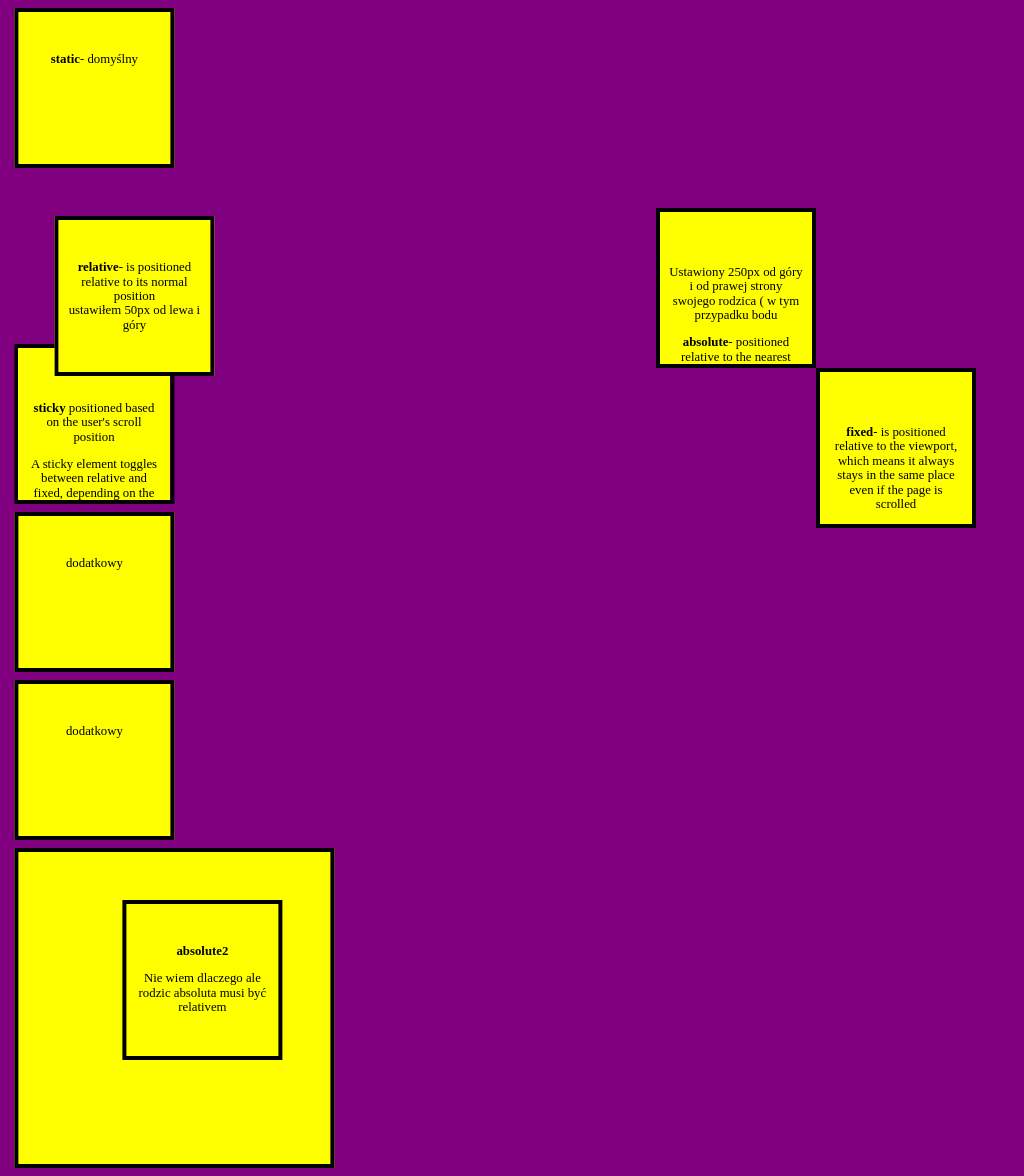
Repository: quenrythane/homepage
Page: CSS positions/CSS-positions.html
The author's editor kept a copy of each file at every save. The page is drawn from the files as they stood at one save, then again after the next save.
The browser window is 1280 px wide. The pictures show the whole page, at 80% of full size.

Above is the page before, as saved 2020-10-11 04:13:09.

### CSS positions/CSS-positions.html
<!DOCTYPE html>
<html lang="en">
<head>
    <meta charset="UTF-8">
    <meta name="viewport" content="width=device-width, initial-scale=1.0">
    <title>CSS-positions</title>
    <link href="CSS-positions.css " rel="stylesheet" type="text/css">
</head>
<body >
    <div class="box static"><b>static</b>- domyślny</div>
    <div class="box relative"><b>relative</b>- is positioned relative to its normal position<br>
    ustawiłem 50px od lewa i góry</div>
    <div class="box fixed">
        <p><b>fixed</b>- is positioned relative to the viewport, which means it always stays in the same place even if the page is scrolled</p>
        <p>A fixed element does not leave a gap in the page where it would normally have been located</p>
        <p> Czyli ogólnie strona załaduje go w to miejsce jakby strona normalnie się ładowała i na koniec tak jakby przy klei go w to miejsce na ekranie, przez co nawet jak będziemy przewijać stronę to zostanie w tym samym miejscu ekranu (nie zmieni miejsca ani w wysokości ani w szerokośći)</p>
        <p> Chyba, że nadamy mu miejsce w którym ma się znaleźć, wtedy tak jakby nie jest brany pod uwagę w wstępnym layoucie strony, tylko dodawany na sam koniec (ja go ustawię w miejsce w prawym rogu po 50px od krawędzi)</p>
    </div>
    <div class="box absolute">
        <p>Ustawiony 250px od góry i od prawej strony swojego rodzica ( w tym przypadku bodu</p>
        <p><b>absolute</b>- positioned relative to the nearest positioned ancestor (instead of positioned relative to the viewport, like fixed).</p>

       <p> However; if an absolute positioned element has no positioned ancestors, it uses the document body, and moves along with page scrolling.</p>
       <p><b>Nie wiem czemu ale rodzic absoluta musi być relativem bo inaczej działa źle?</b></p>
        </div>
    <div class="box sticky">
        <p><b>sticky</b> positioned based on the user's scroll position</p>
        <p>A sticky element toggles between relative and fixed, depending on the scroll position. It is positioned relative until a given offset position is met in the viewport - then it "sticks" in place (like position:fixed</p>
        <p></p>

    </div>

    <div class="box">dodatkowy</div>
    <div class="box">dodatkowy</div>
    <div class="box box2">
        <div class="box absolute2">
            <b>absolute2</b>
            <p>Nie wiem dlaczego ale rodzic absoluta musi być relativem</p>
        </div>
    </div>

</body>
</html>

### CSS positions/CSS-positions.css
body {
    background: purple;
}

.box{
    box-sizing: border-box;
    background: yellow;
    width: 200px;
    height: 200px ;
    margin: 10px;
    text-align: center;
    padding: 10px ;
    padding-top: 50px;
    border: solid black 5px;
    overflow: scroll;
}

.box2 {
    position: relative;
    width: 400px;
    height: 400px;
}

.static{
    position: static;
}

.relative{
    position: relative;
    left: 50px;
    top: 50px;
}

.fixed{
    position: fixed;
    right: 50px;
    bottom: 50px;
}

.absolute{
    position: absolute;
    right: 250px;
    top: 250px;
}

.absolute2 {
    position: absolute;
    top: 50px;
    right: 50px;
}

.sticky{

}

After the next save:
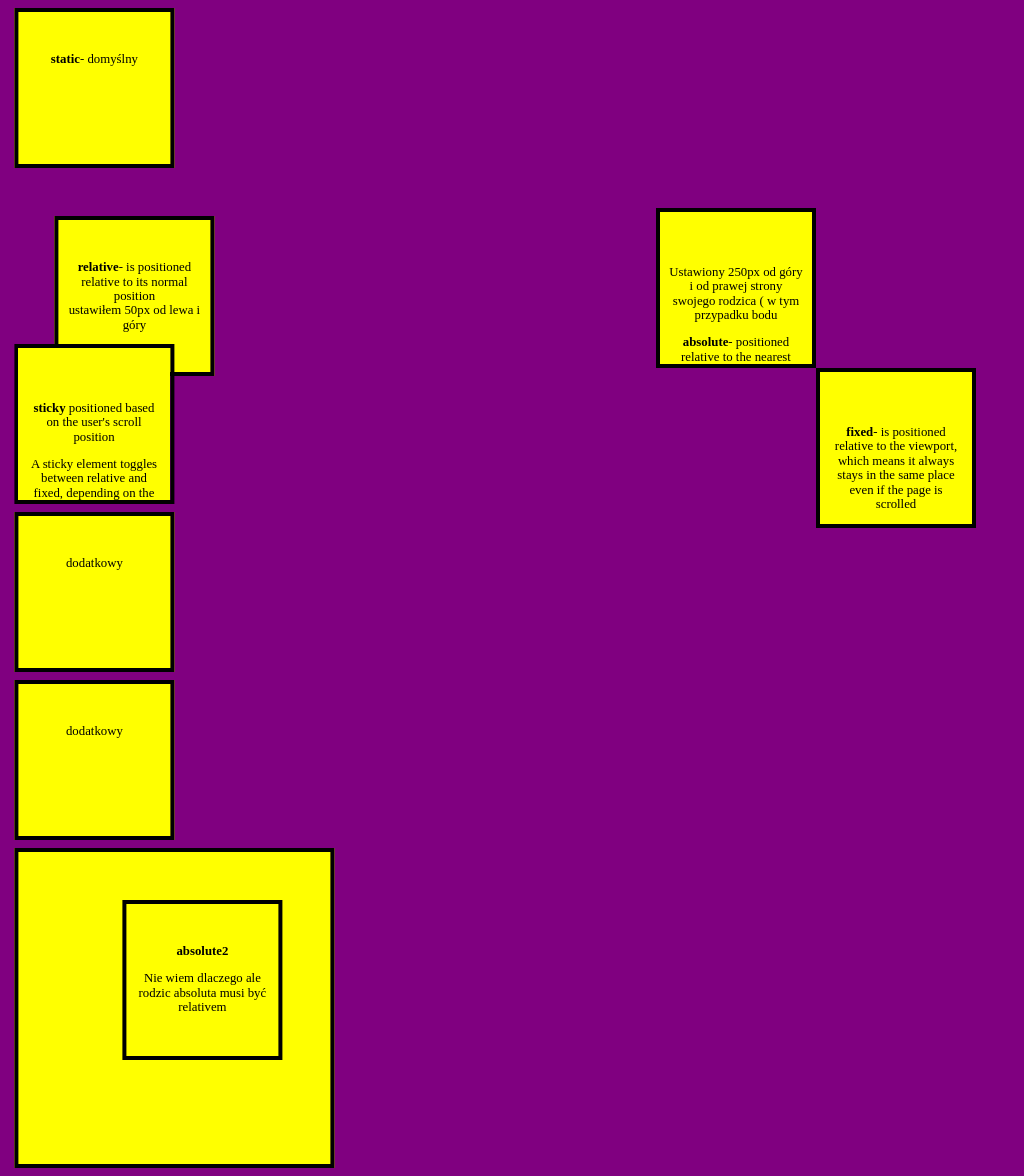
Saved 1 s later.
--- a/CSS positions/CSS-positions.css
+++ b/CSS positions/CSS-positions.css
@@ -50,5 +50,5 @@ body {
 }
 
 .sticky{
-
+    position: sticky;
 }
